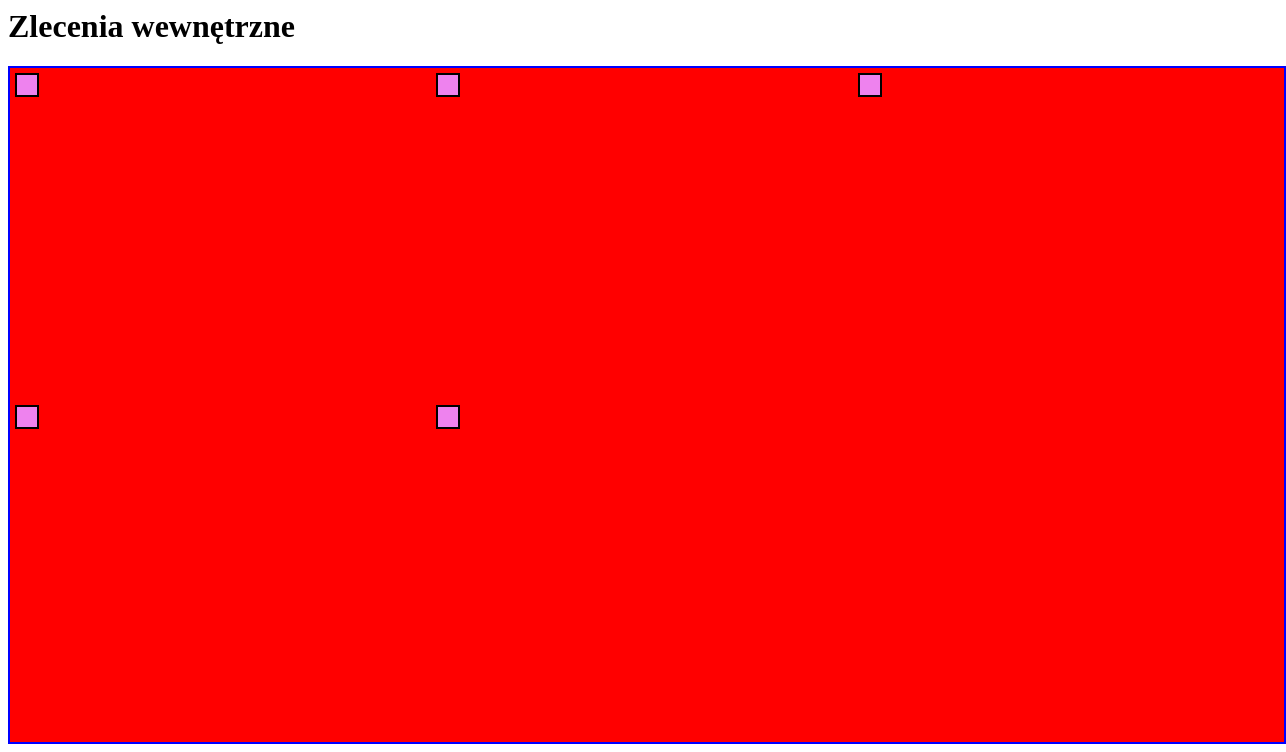
Repository: emdes515/EHpanel
Page: html/dashboardZleceniaWewnetrzne.html
An editor plug-in stored every save of this project. The page is shown before and after the next save, followed by the edit.
The browser window is 1280 px wide. The page is 1286 px wide, so the pictures cover 1286 px, including what lies to the right of the window. The pictures show the whole page.

Above is the page before, as saved 2024-04-18 08:29:26.

### html/dashboardZleceniaWewnetrzne.html
<style>
	h2 {
		font-size: 15px;
		margin-top: 10px;
	}

	.gridWrapper {
		display: grid;
		grid-template-columns: 1fr 1fr 1fr;
		width: 100%;
		height: calc(100% - 40px);
		padding: 5px;
		border: 2px solid blue;
		background-color: red;
	}

	.element {
		background-color: violet;
		width: 20px;
		height: 20px;
		border: 2px solid black;
	}
</style>

<h1 class="text-center w-100">Zlecenia wewnętrzne</h1>

<div class="gridWrapper">
	<div class="element"></div>
	<div class="element"></div>
	<div class="element"></div>
	<div class="element"></div>
	<div class="element"></div>
</div>

<!-- <div
	class="d-grid container-fluid text-center"
	style="height: 90%">
	<div class="row">
		<div
			class="col border-primary"
			id="dashboardZleceniaWewnetrzneDzialyZglaszajace">
			<h2 style="height: 10%">Działy zgłaszające</h2>
			<div id="dashboardZleceniaWewnetrzneDzialyZglaszajacePulpit"></div>
		</div>

		<div
			class="col border-primary"
			id="dashboardZleceniaWewnetrzneRodzajeWnioskowanejPracy">
			<h2 style="height: 10%">Rodzaje wnioskowanej parcy</h2>
			<div id="dashboardZleceniaWewnetrzneRodzajeWnioskowanejPracyPulpit"></div>
		</div>

		<div
			class="col border-primary"
			id="dashboardZleceniaWewnetrzneRodzajeZalaczanychDokumentow">
			<h2 style="height: 10%">Rodzaje zalączanych dokumentów</h2>
			<div id="dashboardZleceniaWewnetrzneRodzajeZalaczanychDokumentowPulpit"></div>
		</div>
	</div>

	<div class="row">
		<div
			class="col-4"
			id="dashboardZleceniaWewnetrzneRynki">
			<h2 style="height: 10%">Wewnętrze rynki</h2>
			<div id="dashboardZleceniaWewnetrzneRynkiPulpit"></div>
		</div>

		<div
			class="col-4"
			id="dashboardZleceniaWewnetrzneTypyWnioskow">
			<h2 style="height: 15%">Wewnetrzne typy wniosków</h2>
			<div id="dashboardZleceniaWewnetrzneTypyWnioskowPulpit"></div>
		</div>
	</div>

	<script
		type="text/javascript"
		src="js/dashboardZleceniaWewnetrzne.js"></script>
</div> -->

After the next save:
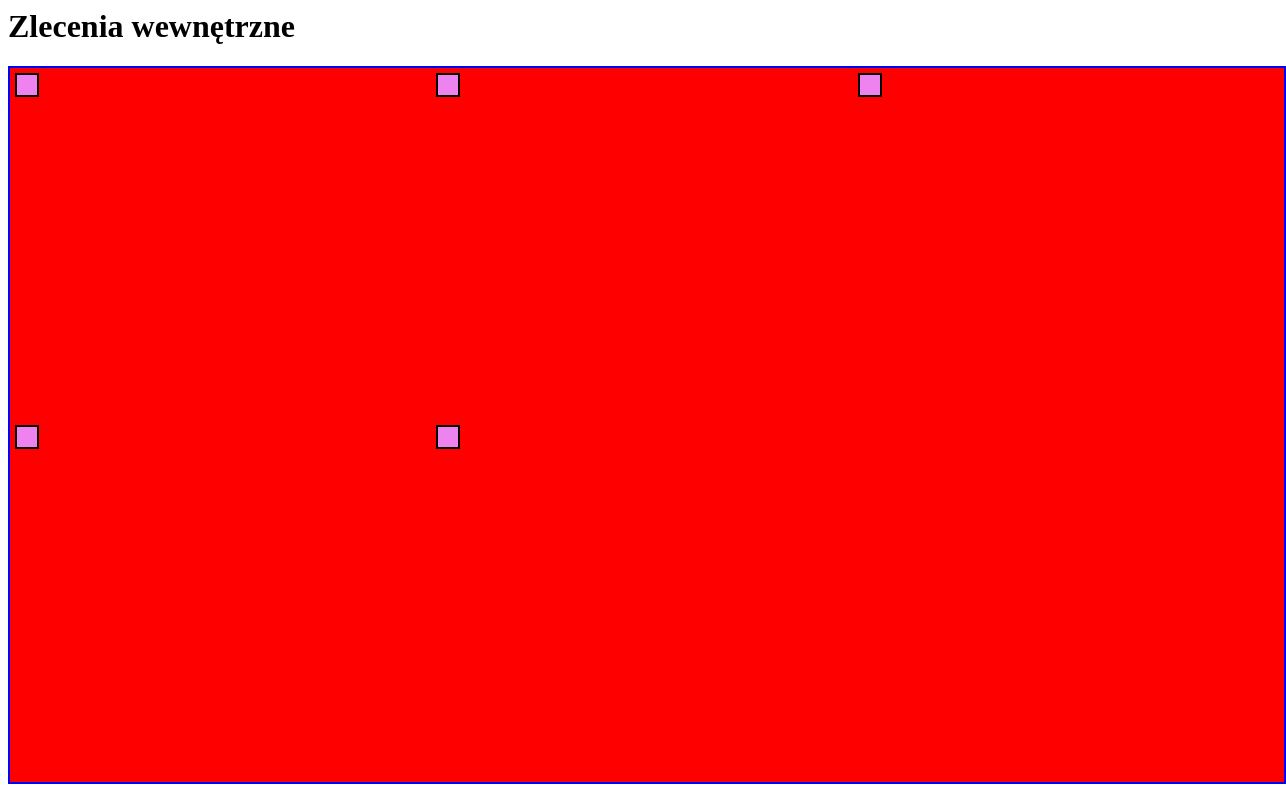
Saved 33 s later.
--- a/html/dashboardZleceniaWewnetrzne.html
+++ b/html/dashboardZleceniaWewnetrzne.html
@@ -8,7 +8,7 @@
 		display: grid;
 		grid-template-columns: 1fr 1fr 1fr;
 		width: 100%;
-		height: calc(100% - 40px);
+		height: 100%;
 		padding: 5px;
 		border: 2px solid blue;
 		background-color: red;
